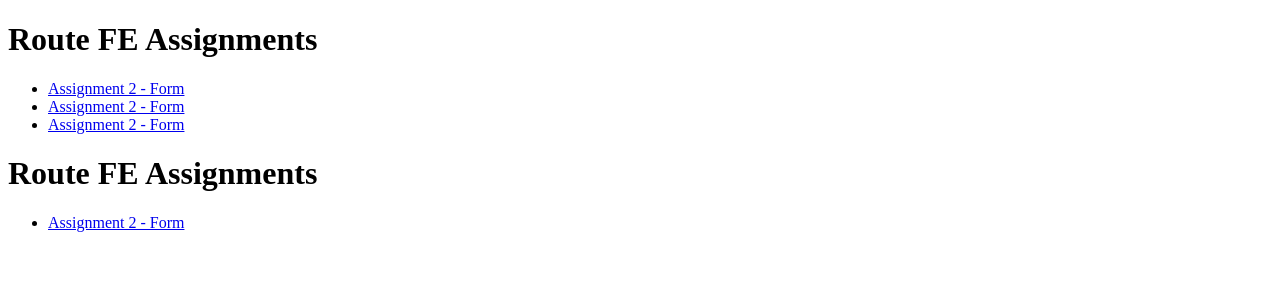
Repository: Basem-Serag/FE-Assignments
Page: index.html
The author's editor kept a copy of each file at every save. The page is drawn from the files as they stood at one save, then again after the next save.
The browser window is 1280 px wide. The pictures show the whole page.

Above is the page before, as saved 2025-03-20 19:07:20.

### index.html
<!DOCTYPE html>
<html lang="en">
  <head>
    <meta charset="UTF-8" />
    <meta name="viewport" content="width=device-width, initial-scale=1.0" />
    <title>My Assignments</title>
  </head>
  <body>
    <h1>Route FE Assignments</h1>
    <ul>
      <li><a href="./Assignment2-Form/index.html">Assignment 2 - Form</a></li>
      <li><a href="./Assignment2-Form/index.html">Assignment 2 - Form</a></li>
      <li><a href="./Assignment2-Form/index.html">Assignment 2 - Form</a></li>
    </ul>
  </body>
</html>
<!DOCTYPE html>
<html lang="en">
  <head>
    <meta charset="UTF-8" />
    <meta name="viewport" content="width=device-width, initial-scale=1.0" />
    <title>My Assignments</title>
  </head>
  <body>
    <h1>Route FE Assignments</h1>
    <ul>
      <li><a href="./Assignment2-Form/index.html">Assignment 2 - Form</a></li>
    </ul>
  </body>
</html>

After the next save:
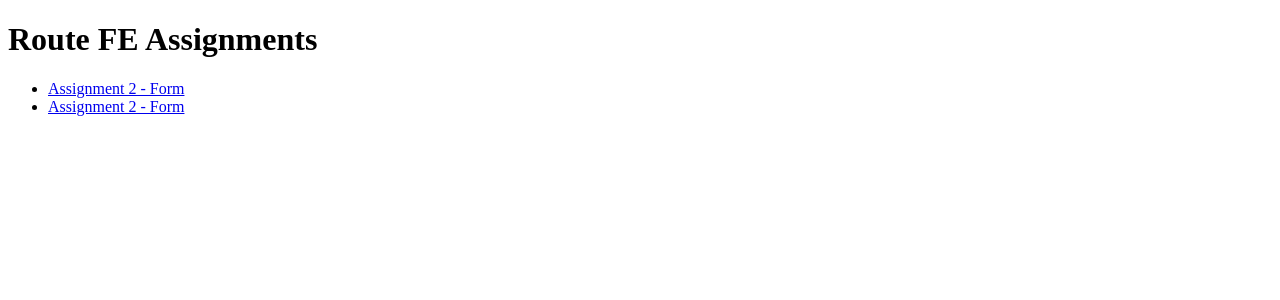
Saved 6 s later.
--- a/index.html
+++ b/index.html
@@ -10,21 +10,6 @@
     <ul>
       <li><a href="./Assignment2-Form/index.html">Assignment 2 - Form</a></li>
       <li><a href="./Assignment2-Form/index.html">Assignment 2 - Form</a></li>
-      <li><a href="./Assignment2-Form/index.html">Assignment 2 - Form</a></li>
     </ul>
   </body>
 </html>
-<!DOCTYPE html>
-<html lang="en">
-  <head>
-    <meta charset="UTF-8" />
-    <meta name="viewport" content="width=device-width, initial-scale=1.0" />
-    <title>My Assignments</title>
-  </head>
-  <body>
-    <h1>Route FE Assignments</h1>
-    <ul>
-      <li><a href="./Assignment2-Form/index.html">Assignment 2 - Form</a></li>
-    </ul>
-  </body>
-</html>
